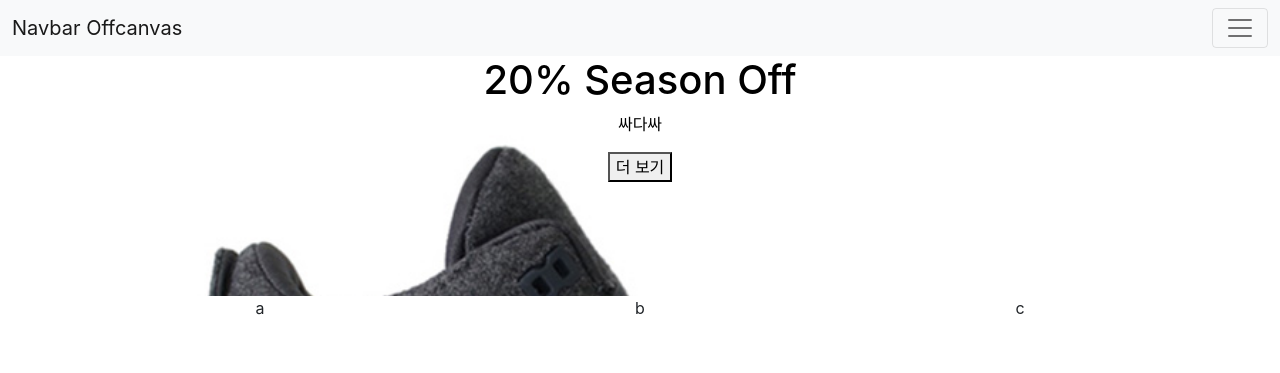
Repository: DevMinwoo-Jung/react-practice
Page: /detail (app in appleCoding/shopping/)
The author's editor kept a copy of each file at every save. The page is drawn from the files as they stood at one save, then again after the next save.
The browser window is 1280 px wide. The pictures show the whole page.
The project was rebuilt for these pictures with package versions that can differ from the ones it lists, and the page was loaded fresh each time.

Above is the page before, as saved 2022-01-24 16:17:38.

### appleCoding/shopping/public/index.html
<!DOCTYPE html>
<html lang="en">
  <head>
    <link
      rel="stylesheet"
      href="https://cdn.jsdelivr.net/npm/bootstrap@5.1.3/dist/css/bootstrap.min.css"
      integrity="sha384-1BmE4kWBq78iYhFldvKuhfTAU6auU8tT94WrHftjDbrCEXSU1oBoqyl2QvZ6jIW3"
      crossorigin="anonymous"
    />
    <meta charset="utf-8" />
    <link rel="icon" href="%PUBLIC_URL%/favicon.ico" />
    <meta name="viewport" content="width=device-width, initial-scale=1" />
    <meta name="theme-color" content="#000000" />
    <title>React App</title>
  </head>
  <body>
    <div id="root"></div>
  </body>
</html>

### appleCoding/shopping/src/App.jsx
import {
  Button,
  Container,
  Form,
  FormControl,
  Nav,
  Navbar,
  NavDropdown,
  Offcanvas,
} from "react-bootstrap";
import "./App.css";

function App() {
  return (
    <div className="App">
      <Navbar bg="light" expand={false}>
        <Container fluid>
          <Navbar.Brand href="#">Navbar Offcanvas</Navbar.Brand>
          <Navbar.Toggle aria-controls="offcanvasNavbar" />
          <Navbar.Offcanvas
            id="offcanvasNavbar"
            aria-labelledby="offcanvasNavbarLabel"
            placement="end"
          >
            <Offcanvas.Header closeButton>
              <Offcanvas.Title id="offcanvasNavbarLabel">
                Offcanvas
              </Offcanvas.Title>
            </Offcanvas.Header>
            <Offcanvas.Body>
              <Nav className="justify-content-end flex-grow-1 pe-3">
                <Nav.Link href="#action1">Home</Nav.Link>
                <Nav.Link href="#action2">Link</Nav.Link>
                <NavDropdown title="Dropdown" id="offcanvasNavbarDropdown">
                  <NavDropdown.Item href="#action3">Action</NavDropdown.Item>
                  <NavDropdown.Item href="#action4">
                    Another action
                  </NavDropdown.Item>
                  <NavDropdown.Divider />
                  <NavDropdown.Item href="#action5">
                    Something else here
                  </NavDropdown.Item>
                </NavDropdown>
              </Nav>
              <Form className="d-flex">
                <FormControl
                  type="search"
                  placeholder="Search"
                  className="me-2"
                  aria-label="Search"
                />
                <Button variant="outline-success">Search</Button>
              </Form>
            </Offcanvas.Body>
          </Navbar.Offcanvas>
        </Container>
      </Navbar>
      <div className="jumbo">
        <div className='background'>
          <h1>20% Season Off</h1>
          <p>싸다싸</p>
          <p>
            <button>더 보기</button>
          </p>
        </div>
      </div>
      <div className='container'>
        <div className='row'>
          <div className='col-md-4'>a</div>
          <div className='col-md-4'>b</div>
          <div className='col-md-4'>c</div>
        </div>
      </div>
    </div>
  );
}

export default App;

### appleCoding/shopping/src/App.css
.App {
  text-align: center;
}

.jumbo{
  background-color: gray;
  height: 15rem;
  width: 100%;
}

.background{
  background-image: url('../public/shoes3.jpg');
  height: 100%;
  width: 100%;
  background-size: cover;
  color: black;

}

Loaded but not shown: appleCoding/shopping/src/index.js (common file); appleCoding/shopping/src/index.css (common file)

After the next save:
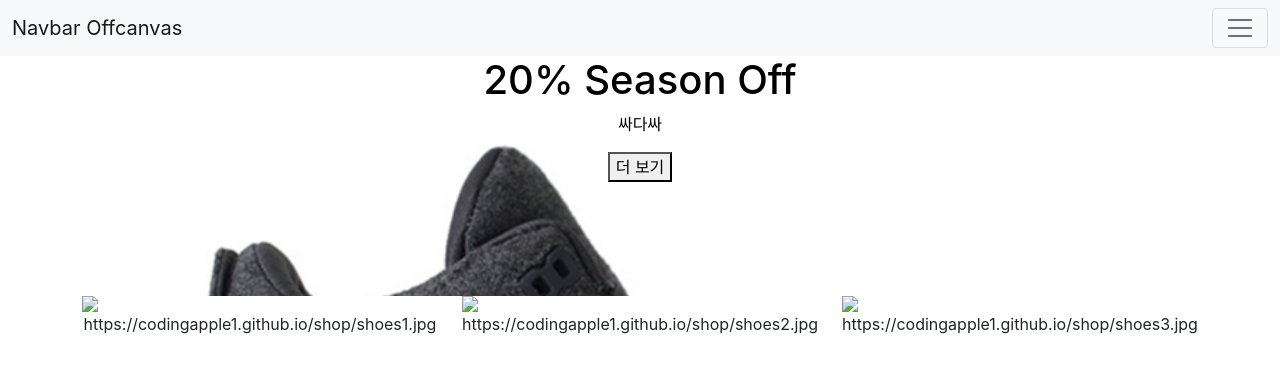
Saved 111 s later.
--- a/appleCoding/shopping/src/App.jsx
+++ b/appleCoding/shopping/src/App.jsx
@@ -56,7 +56,7 @@ function App() {
         </Container>
       </Navbar>
       <div className="jumbo">
-        <div className='background'>
+        <div className="background">
           <h1>20% Season Off</h1>
           <p>싸다싸</p>
           <p>
@@ -64,11 +64,17 @@ function App() {
           </p>
         </div>
       </div>
-      <div className='container'>
-        <div className='row'>
-          <div className='col-md-4'>a</div>
-          <div className='col-md-4'>b</div>
-          <div className='col-md-4'>c</div>
+      <div className="container">
+        <div className="row">
+          <div className="col-md-4">
+            <img src="" alt="https://codingapple1.github.io/shop/shoes1.jpg" />
+          </div>
+          <div className="col-md-4">
+            <img src="" alt="https://codingapple1.github.io/shop/shoes2.jpg" />
+          </div>
+          <div className="col-md-4">
+            <img src="" alt="https://codingapple1.github.io/shop/shoes3.jpg" />
+          </div>
         </div>
       </div>
     </div>
